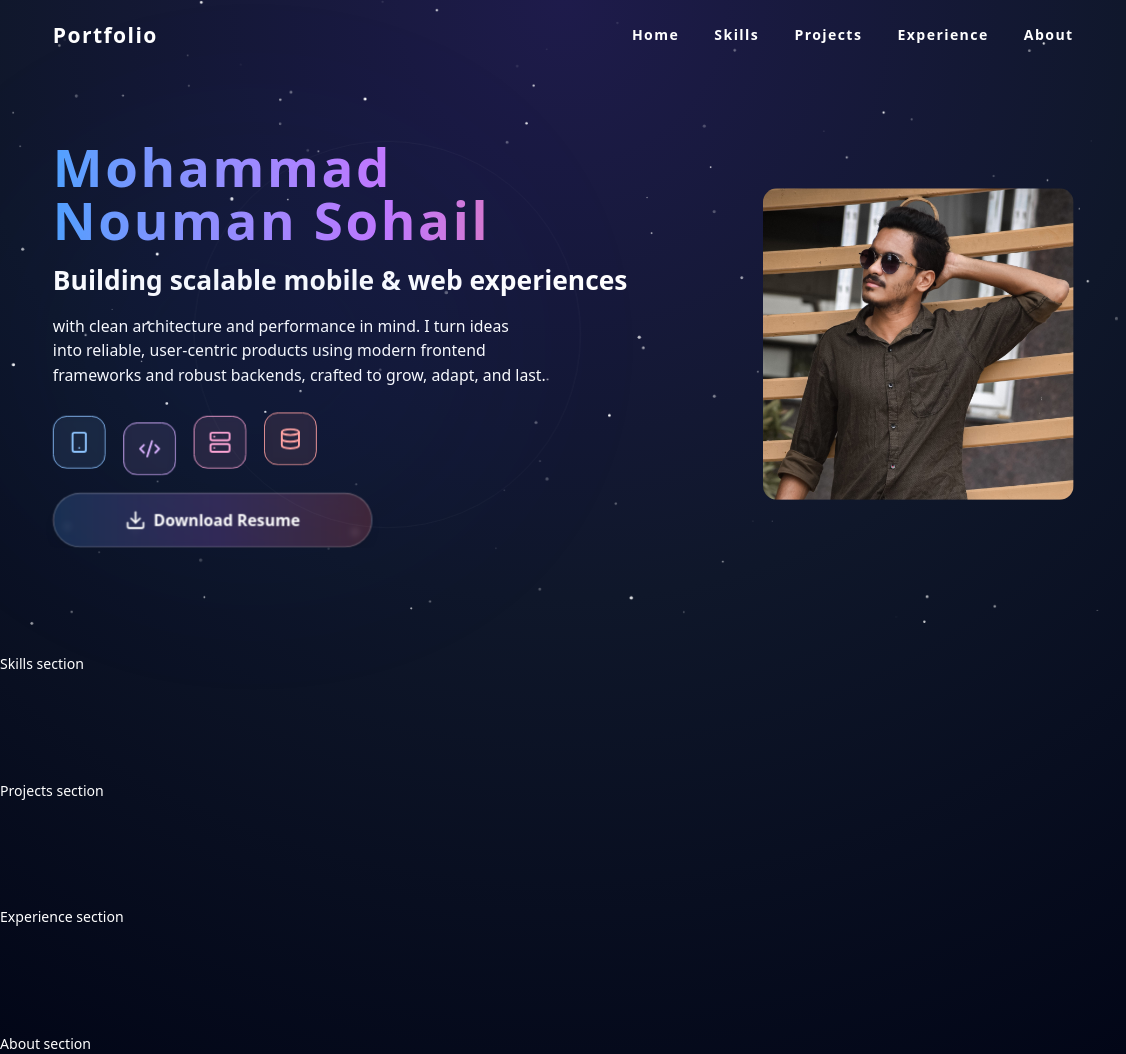
Repository: NoumanSohail/Nouman-Sohail-Portfolio
Page: /
An editor plug-in stored every save of this project. The page is shown before and after the next save, followed by the edit.
The browser window is 1280 px wide. The pictures show the whole page, at 88% of full size.
The project was rebuilt for these pictures with package versions that can differ from the ones it lists, and the page was loaded fresh each time. The framework's server and built-in components were replaced by stand-ins that run in the browser. Also part of the build but not shown: next.config.ts.

Above is the page before, as saved 2026-01-24 22:07:15.

### app/layout.tsx
import type { Metadata } from "next";
import { Geist, Geist_Mono } from "next/font/google";
import "./globals.css";
import Navbar from "./components/header/Navbar";
import StarBackground from "./components/ui/StarBackground";

const geistSans = Geist({
  variable: "--font-geist-sans",
  subsets: ["latin"],
});

const geistMono = Geist_Mono({
  variable: "--font-geist-mono",
  subsets: ["latin"],
});

export const metadata: Metadata = {
  title: "Create Next App",
  description: "Generated by create next app",
};

export default function RootLayout({
  children,
}: Readonly<{
  children: React.ReactNode;
}>) {
  return (
    <html lang="en">
      <body
        className={`${geistSans.variable} ${geistMono.variable} antialiased`}
      >
        <StarBackground />
        <Navbar />
        {children}
      </body>
    </html>
  );
}

### app/page.tsx
import React from 'react'
import Hero from './components/sections/Hero'
import Skills from './components/sections/Skills'
import Projects from './components/sections/Projects'
import Experience from './components/sections/Experience'
import About from './components/sections/About'

const page = () => {
  return (
    <div>
      <Hero />
      <Skills />
      <Projects />
      <Experience />
      <About />
    </div>
  )
}

export default page

### app/globals.css
@import "tailwindcss";

html {
  scroll-behavior: smooth;
}

body {
  overflow-x: hidden;
  position: relative;
  background: radial-gradient(circle at 50% 0%, #1e1b4b, #0f172a, #020617);
  min-height: 100vh;
}

### app/components/header/Navbar.tsx
"use client";

import { useEffect, useState } from "react";
import { navLinks } from "@/app/data";
import Link from "next/link";
import { Menu, X } from "lucide-react";

const Navbar = () => {
  const [isScrolled, setIsScrolled] = useState(false);
  const [menuOpen, setMenuOpen] = useState(false);

  useEffect(() => {
    const handleScroll = () => setIsScrolled(window.scrollY > 20);
    window.addEventListener("scroll", handleScroll);
    return () => window.removeEventListener("scroll", handleScroll);
  }, []);

  return (
    <header
      className={`fixed top-0 left-0 right-0 z-50 transition-all ${
        isScrolled
          ? "bg-transparent backdrop-blur-md border-b border-white/20 shadow-lg py-3"
          : "bg-transparent py-6"
      }`}
    >
      <div className="w-full mx-auto max-w-384 flex items-center justify-between px-5 md:px-10 lg:px-15 text-white tracking-widest">
        <h1 className="font-bold text-2xl">Portfolio</h1>

        {/* large displays like laptops */}
        <nav className="hidden lg:flex">
          {navLinks.map((links) => (
            <div key={links.name} className="flex ml-10 font-semibold">
              <Link href={links.id}>{links.name}</Link>
            </div>
          ))}
        </nav>

        {/* Mobile Hamburger */}
        <div className="lg:hidden flex items-center justify-center">
          <button
            onClick={() => setMenuOpen(!menuOpen)}
            className="text-zinc-400"
          >
            <Menu size={30} />
          </button>
        </div>

        {menuOpen && (
          <div className="fixed inset-0 h-screen flex justify-end bg-black/40 backdrop-blur-sm">
            <div className="relative h-full w-[60%] bg-[#0f172a] text-white flex items-center transition-transform duration-300 translate-x-0">
              <button
                onClick={() => setMenuOpen(false)}
                className={`absolute top right-5 md:right-10 text-white ${isScrolled ? "top-3" : "top-6"}`}
              >
                <X size={30} />
              </button>

              <nav className="flex flex-col p-10 gap-10 mt-20">
                {navLinks.map((links) => (
                  <Link
                    key={links.name}
                    href={links.id}
                    onClick={() => setMenuOpen(false)}
                    className="font-semibold"
                  >
                    {links.name}
                  </Link>
                ))}
              </nav>
            </div>
          </div>
        )}
      </div>
    </header>
  );
};

export default Navbar;

### app/components/ui/StarBackground.tsx
"use client";

import { useEffect, useRef } from "react";

const StarBackground = () => {
  const canvasRef = useRef<HTMLCanvasElement | null>(null);

  useEffect(() => {
    const canvas = canvasRef.current;
    if (!canvas) return;

    const ctx = canvas.getContext("2d");
    if (!ctx) return;

    let stars: any[] = [];
    const STAR_COUNT = 120;

    const resize = () => {
      canvas.width = window.innerWidth;
      canvas.height = window.innerHeight;
    };

    resize();
    window.addEventListener("resize", resize);

    // Create stars
    stars = Array.from({ length: STAR_COUNT }).map(() => ({
      x: Math.random() * canvas.width,
      y: Math.random() * canvas.height,
      radius: Math.random() * 1.5 + 0.5,
      speed: Math.random() * 0.3 + 0.1,
      opacity: Math.random(),
    }));

    const animate = () => {
      ctx.clearRect(0, 0, canvas.width, canvas.height);

      stars.forEach((star) => {
        star.y += star.speed;
        if (star.y > canvas.height) {
          star.y = 0;
          star.x = Math.random() * canvas.width;
        }

        ctx.beginPath();
        ctx.arc(star.x, star.y, star.radius, 0, Math.PI * 2);
        ctx.fillStyle = `rgba(255,255,255,${star.opacity})`;
        ctx.fill();
      });

      requestAnimationFrame(animate);
    };

    animate();

    return () => window.removeEventListener("resize", resize);
  }, []);

  return (
    <canvas
      ref={canvasRef}
      className="fixed inset-0 pointer-events-none -z-10"
    />
  );
};

export default StarBackground;

### app/components/sections/Hero.tsx
"use client";

import { personaldetails } from "@/app/data";
import Image from "next/image";
import me from "@/public/images/me.jpg";
import { Code2, Database, Download, Server, Smartphone } from "lucide-react";
import { motion } from "framer-motion";
import Button from "../ui/Button";

const Hero = () => {
  return (
    <section
      id="home"
      className="scroll-mt-40 w-full mx-auto max-w-384 px-5 md:px-10 lg:px-15 text-white mt-30 xl:mt-40 overflow-hidden"
    >
      {/* Central Glowing Orb */}
      <div
        className="absolute pointer-events-none hidden lg:block lg:left-55 xl:left-0
                   w-[45%] h-[45%] bg-blue-700/50 rounded-full blur-[120px] opacity-10
                   animate-pulse [animation-delay:2000ms] z-0"
      />

      {/* Orbiting Elements */}
      <div
        className="absolute pointer-events-none hidden lg:block left-55
                   w-110 h-110 border border-white/5 rounded-full
                   animate-spin [animation-duration:20s] z-10"
      />

      <div className="flex flex-col lg:flex-row items-center justify-center gap-7 lg:gap-20 text-center lg:text-start">
        <div className="flex flex-col gap-5">
          <motion.div
            initial={{ x: -100, opacity: 0 }}
            whileInView={{ x: 0, opacity: 1 }}
            viewport={{ once: false, amount: 0.5 }}
            transition={{ duration: 0.5, ease: "easeOut" }}
            className="flex flex-col gap-5"
          >
            <h1
              className="font-black text-4xl lg:text-5xl xl:text-6xl tracking-wider text-balance text-transparent
                          bg-clip-text bg-linear-to-r from-blue-400 via-purple-400 to-red-400"
            >
              {personaldetails.name}
            </h1>
            <h2 className="font-semibold text-2xl lg:text-3xl">
              {personaldetails.tagline}
            </h2>
            <p className="lg:text-lg lg:text-balance">
              {personaldetails.statement}
            </p>
          </motion.div>

          <motion.div
            initial={{ scale: 0.8, opacity: 0 }}
            whileInView={{ scale: 1, opacity: 1 }}
            viewport={{ once: false, amount: 0.5 }}
            transition={{
              duration: 0.5,
              ease: "easeOut",
            }}
            className="flex flex-col gap-5 mt-5 items-center justify-center lg:items-start lg:justify-start"
          >
            <div className="flex gap-5">
              <Smartphone
                size={60}
                className="p-4 border rounded-2xl backdrop-blur-xs bg-blue-300/10 hover:scale-110
                        border-blue-300  hover:border-blue-300 text-blue-300 hover:text-blue-300
                        transition-all duration-300 animate-bounce [animation-delay:0ms]"
              />
              <Code2
                size={60}
                className="p-4 border rounded-2xl backdrop-blur-xs bg-purple-300/10 hover:scale-110
                        border-purple-300 hover:border-purple-300 text-purple-300 hover:text-purple-300
                        transition-all duration-300 animate-bounce [animation-delay:100ms]"
              />
              <Server
                size={60}
                className="p-4 border rounded-2xl backdrop-blur-xs bg-pink-300/10 hover:scale-110
                        border-pink-300 hover:border-pink-300 text-pink-300 hover:text-pink-300
                        transition-all duration-300 animate-bounce [animation-delay:200ms]"
              />
              <Database
                size={60}
                className="p-4 border rounded-2xl backdrop-blur-xs bg-red-300/10 hover:scale-110
                        border-red-300 hover:border-red-300 text-red-300 hover:text-red-300
                        transition-all duration-300 animate-bounce [animation-delay:300ms]"
              />
            </div>

            <Button
              title="Download Resume"
              onClick={() => console.log("Download")}
              icon={<Download />}
              className="bg-linear-to-r from-blue-400/20 via-purple-400/20 to-red-400/20
                        border border-white/30 p-4 w-[70%] lg:w-[50%] rounded-full md:text-lg
                        transition-all duration-300 hover:animate-pulse backdrop-blur-xs"
            />
          </motion.div>
        </div>

        <motion.div
          initial={{ x: 100, opacity: 0 }}
          whileInView={{ x: 0, opacity: 1 }}
          viewport={{ once: false, amount: 0.3 }}
          transition={{ duration: 0.5, ease: "easeOut" }}
        >
          <Image
            src={me}
            alt={personaldetails.name}
            height={350}
            width={350}
            className="rounded-2xl lg:h-3xl lg:w-3xl"
          />
        </motion.div>
      </div>
    </section>
  );
};

export default Hero;

### app/components/sections/Skills.tsx

const Skills = () => {
  return (
    <section id="skills" className="h-fit">
      <div className="text-white pt-30">Skills section</div>
    </section>
  );
};

export default Skills;

### app/components/sections/Projects.tsx

const Projects = () => {
  return (
    <section id="projects" className="h-fit">
      <div className="text-white pt-30">Projects section</div>
    </section>
  )
}

export default Projects

### app/components/sections/Experience.tsx

const Experience = () => {
  return (
    <section id="experience" className="h-fit">
      <div className="text-white pt-30">Experience section</div>
    </section>
  );
};

export default Experience;

### app/components/sections/About.tsx

const About = () => {
  return (
    <section id="about" className="h-fit">
      <div className="text-white pt-30">About section</div>
    </section>
  )
}

export default About

### app/data.tsx
export const navLinks = [
  { name: "Home", id: "/#home" },
  { name: "Skills", id: "/#skills" },
  { name: "Projects", id: "/#projects" },
  { name: "Experience", id: "/#experience" },
  { name: "About", id: "/#about" },
];

export const personaldetails = {
  name: "Mohammad Nouman Sohail",
  role: "Full Stack Mobile & Web Developer",
  tagline: "Building scalable mobile & web experiences",
  statement:
    "with clean architecture and performance in mind. I turn ideas into reliable, user-centric products using modern frontend frameworks and robust backends, crafted to grow, adapt, and last.",
};

### app/components/ui/Button.tsx
import { ReactNode } from "react";

interface ButtonProps {
  title: string;
  onClick: () => void;
  type?: "button" | "submit";
  disabled?: boolean;

  /* 🔹 Optional Icon */
  icon?: ReactNode;
  iconPosition?: "left" | "right";

  /* 🔹 External Styles */
  className?: string;
}

const Button = ({
  title,
  onClick,
  type = "button",
  disabled = false,
  icon,
  iconPosition = "left",
  className = "",
}: ButtonProps) => {
  return (
    <button
      type={type}
      onClick={!disabled ? onClick : undefined}
      disabled={disabled}
      className={`
        group
        font-semibold shadow-lg
        transition-all transform
        flex items-center justify-center gap-2
        duration-300
        ${
          disabled
            ? "bg-gray-300 text-white cursor-not-allowed opacity-70 transition-all duration-300"
            : "hover:scale-105 cursor-pointer transition-all duration-300"
        }

        ${className}
      `}
    >
      {/* ICON LEFT */}
      {icon && iconPosition === "left" && (
        <span className="button-icon flex items-center">{icon}</span>
      )}

      <span>{title}</span>

      {/* ICON RIGHT */}
      {icon && iconPosition === "right" && (
        <span className="button-icon flex items-center">{icon}</span>
      )}
    </button>
  );
};

export default Button;

After the next save:
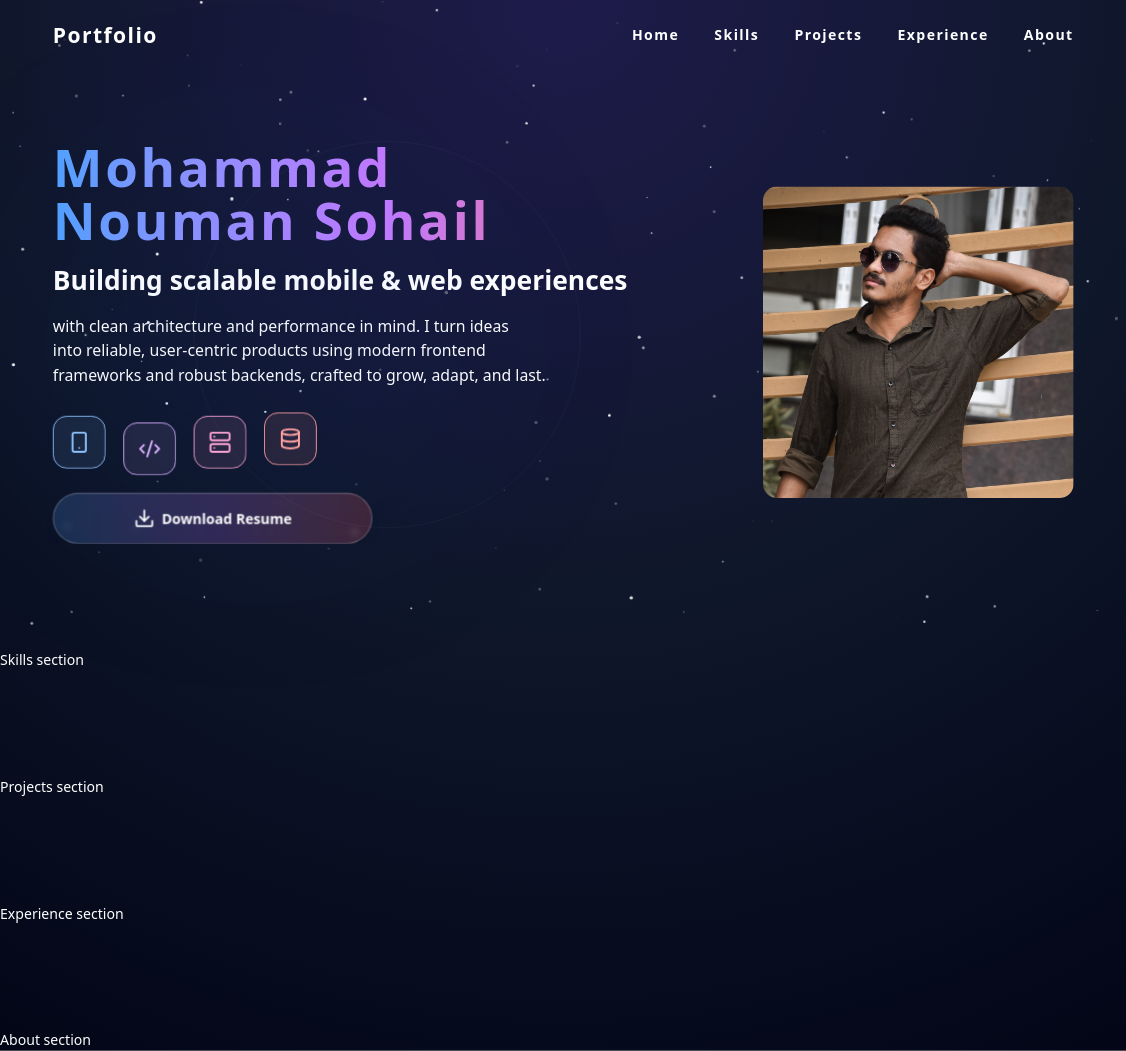
Saved 37 s later.
--- a/app/components/sections/Hero.tsx
+++ b/app/components/sections/Hero.tsx
@@ -92,7 +92,7 @@
               onClick={() => console.log("Download")}
               icon={<Download />}
               className="bg-linear-to-r from-blue-400/20 via-purple-400/20 to-red-400/20
-                        border border-white/30 p-4 w-[70%] lg:w-[50%] rounded-full md:text-lg
+                        border border-white/30 p-4 w-[70%] lg:w-[50%] rounded-full
                         transition-all duration-300 hover:animate-pulse backdrop-blur-xs"
             />
           </motion.div>

After the save that followed:
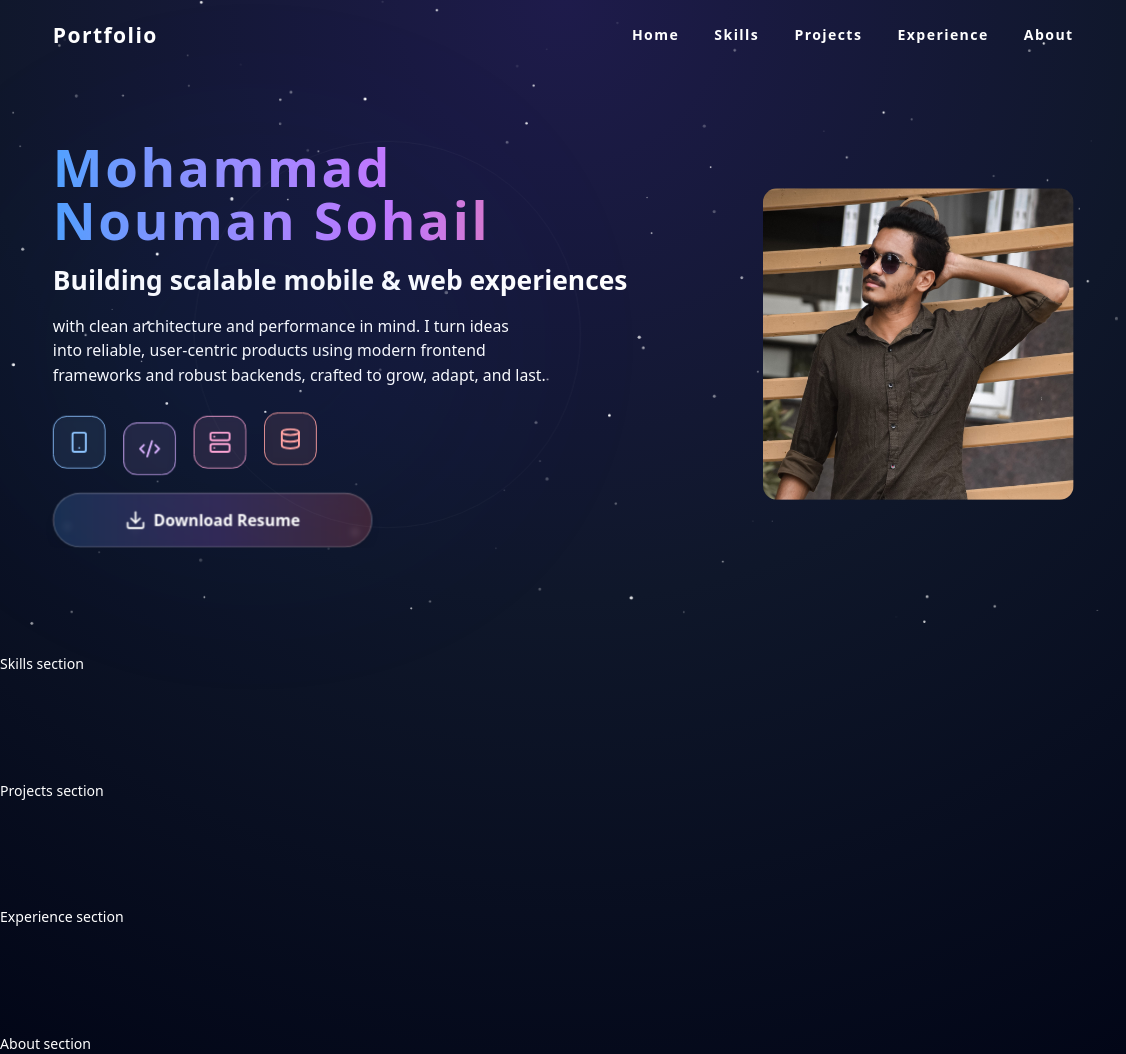
Saved 15 s later.
--- a/app/components/sections/Hero.tsx
+++ b/app/components/sections/Hero.tsx
@@ -92,7 +92,7 @@
               onClick={() => console.log("Download")}
               icon={<Download />}
               className="bg-linear-to-r from-blue-400/20 via-purple-400/20 to-red-400/20
-                        border border-white/30 p-4 w-[70%] lg:w-[50%] rounded-full
+                        border border-white/30 p-4 w-[70%] lg:w-[50%] rounded-full md:text-lg
                         transition-all duration-300 hover:animate-pulse backdrop-blur-xs"
             />
           </motion.div>
